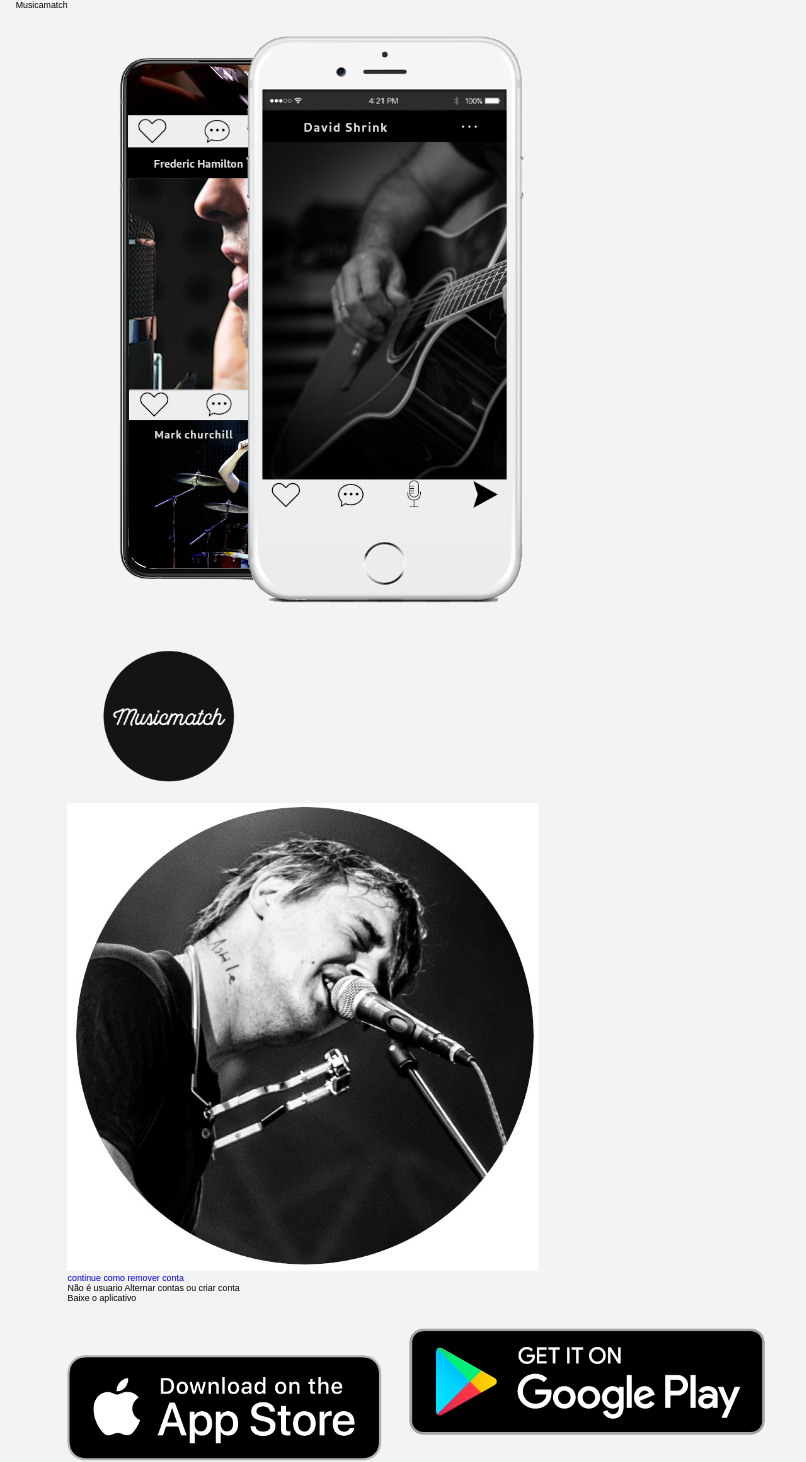
Repository: julianopedraca/matchmusic
Page: index.html
The author's editor kept a copy of each file at every save. The page is drawn from the files as they stood at one save, then again after the next save.
The browser window is 1280 px wide. The pictures show the whole page, at 63% of full size.

Above is the page before, as saved 2022-06-09 20:45:22.

After the next save:
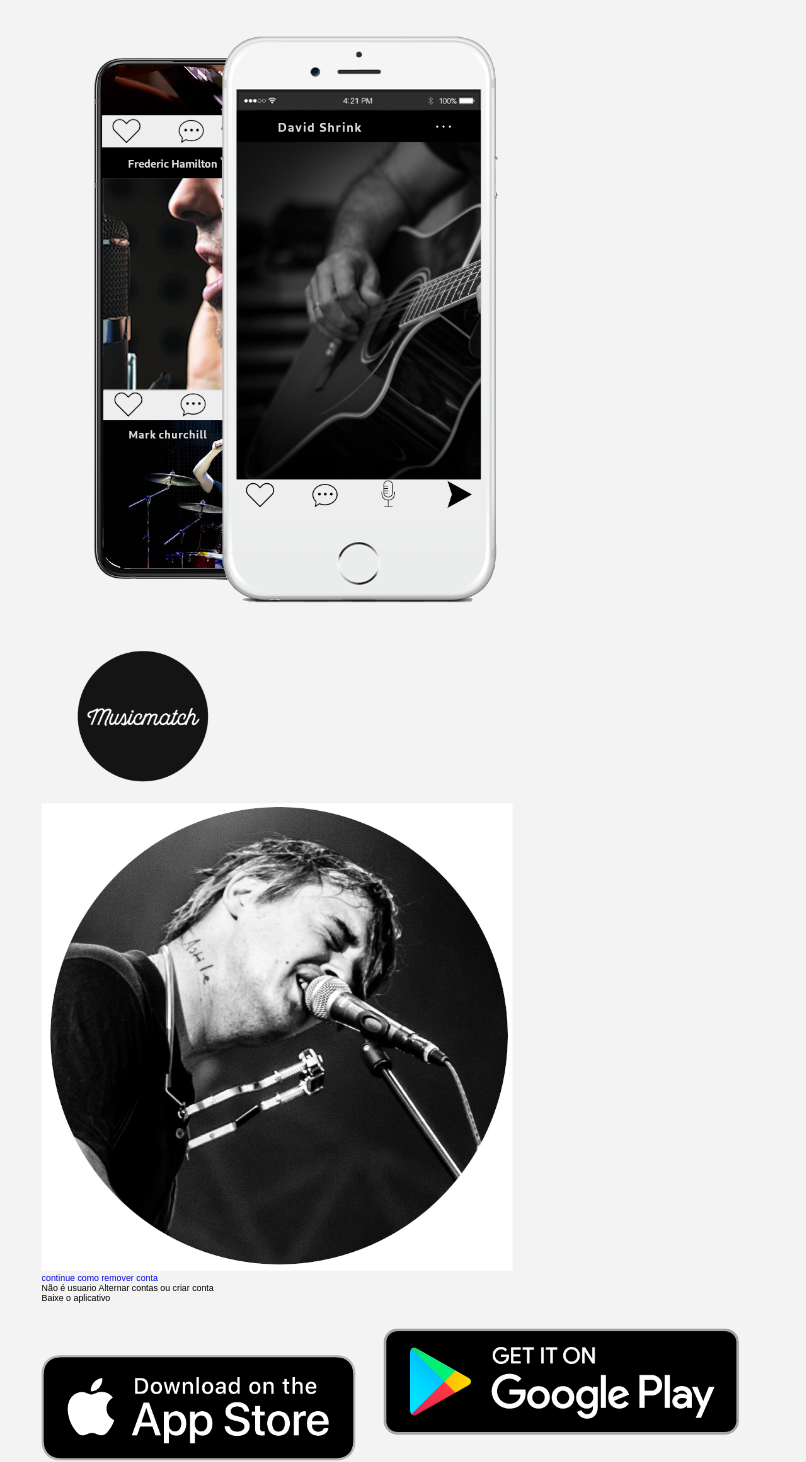
Saved 4 s later.
--- a/index.html
+++ b/index.html
@@ -5,7 +5,7 @@
     <meta charset="UTF-8">
     <meta http-equiv="X-UA-Compatible" content="IE=edge">
     <meta name="viewport" content="width=device-width, initial-scale=1.0">
-    <link rel="stylesheet" href="style.css" </
+    <link rel="stylesheet" href="style.css" </link>
     <title>Musicamatch</title>
 </head>
 
